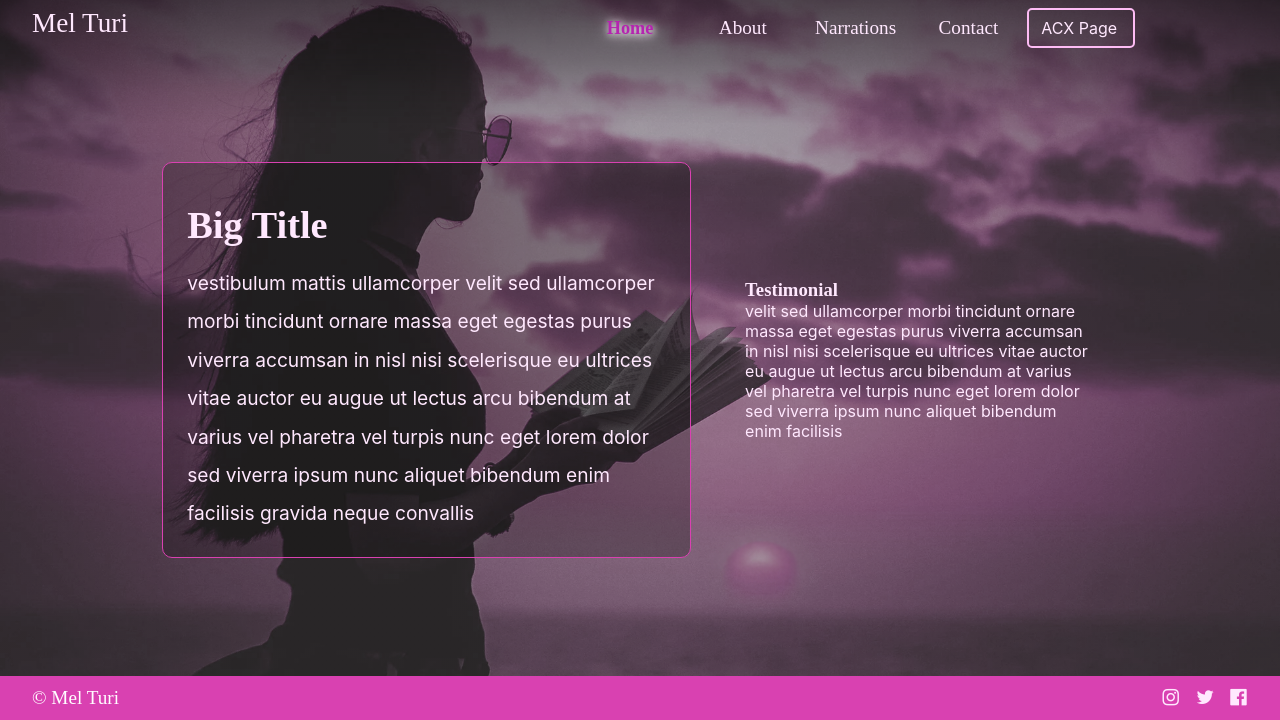
Repository: mel-turi/mel-turi-website
Page: /
The author's editor kept a copy of each file at every save. The page is drawn from the files as they stood at one save, then again after the next save.
The browser window is 1280 px wide. The pictures show the whole page.
Some web fonts or font styles are not loaded; a fallback is used. The project was rebuilt for these pictures with package versions that can differ from the ones it lists, and the page was loaded fresh each time. Also part of the build but not shown: src/About.jsx, src/Narrations.jsx, src/Contact.jsx.

Above is the page before, as saved 2019-08-25 20:32:45.

### public/index.html
<!DOCTYPE html>
<html lang="en">
  <head>
    <meta charset="utf-8" />
    <link rel="apple-touch-icon" sizes="57x57" href="/apple-icon-57x57.png" />
    <link rel="apple-touch-icon" sizes="60x60" href="/apple-icon-60x60.png" />
    <link rel="apple-touch-icon" sizes="72x72" href="/apple-icon-72x72.png" />
    <link rel="apple-touch-icon" sizes="76x76" href="/apple-icon-76x76.png" />
    <link
      rel="apple-touch-icon"
      sizes="114x114"
      href="/apple-icon-114x114.png"
    />
    <link
      rel="apple-touch-icon"
      sizes="120x120"
      href="/apple-icon-120x120.png"
    />
    <link
      rel="apple-touch-icon"
      sizes="144x144"
      href="/apple-icon-144x144.png"
    />
    <link
      rel="apple-touch-icon"
      sizes="152x152"
      href="/apple-icon-152x152.png"
    />
    <link
      rel="apple-touch-icon"
      sizes="180x180"
      href="/apple-icon-180x180.png"
    />
    <link
      rel="icon"
      type="image/png"
      sizes="192x192"
      href="/android-icon-192x192.png"
    />
    <link rel="icon" type="image/png" sizes="32x32" href="/favicon-32x32.png" />
    <link rel="icon" type="image/png" sizes="96x96" href="/favicon-96x96.png" />
    <link rel="icon" type="image/png" sizes="16x16" href="/favicon-16x16.png" />
    <link rel="manifest" href="/manifest.json" />
    <meta name="msapplication-TileColor" content="#ffffff" />
    <meta name="msapplication-TileImage" content="/ms-icon-144x144.png" />
    <meta name="theme-color" content="#ffffff" />
    <meta name="viewport" content="width=device-width, initial-scale=1" />
    <meta name="description" content="Portfolio website for Mel Turi" />
    <link
      href="https://fonts.googleapis.com/css?family=Sail&display=swap"
      rel="stylesheet"
    />
    <link
      href="https://stackpath.bootstrapcdn.com/font-awesome/4.7.0/css/font-awesome.min.css"
      rel="stylesheet"
      integrity="sha384-wvfXpqpZZVQGK6TAh5PVlGOfQNHSoD2xbE+QkPxCAFlNEevoEH3Sl0sibVcOQVnN"
      crossorigin="anonymous"
    />
    <link rel="apple-touch-icon" href="logo192.png" />

    <link rel="manifest" href="%PUBLIC_URL%/manifest.json" />

    <title>Mel Turi | Audible Narrator</title>
  </head>
  <body>
    <noscript>You need to enable JavaScript to run this app.</noscript>
    <div id="root"></div>
  </body>
</html>

### src/index.css
:root {
  --light-primary-color: #ffe8fe;
  --light-secondary-color: #fffdff;
  --dark-primary-color: #d941b1;
  --dark-secondary-color: #b524b0;
  --title-font: 'Sail', cursive;
  --content-font: -apple-system, BlinkMacSystemFont, 'Segoe UI', 'Roboto',
    'Oxygen', 'Ubuntu', 'Cantarell', 'Fira Sans', 'Droid Sans', 'Helvetica Neue',
    sans-serif;
}
* {
  margin: 0;
  padding: 0;
}

body {
  text-decoration: none;
  text-decoration-color: none;
  margin: 0;
  padding: 0;
  font-family: var(--content-font);
  -webkit-font-smoothing: antialiased;
  -moz-osx-font-smoothing: grayscale;
}

h3,
h1 {
  font-family: var(--title-font);
}

body a {
  text-decoration: none;
  color: var(--light-primary-color);
  transition: 0.65s;
}

a:hover,
.active {
  font-weight: bold;
  font-size: 95%;
}

.active {
  color: var(--dark-secondary-color);
  text-shadow: 1px 1px 7px var(--light-secondary-color),
    1px 1px 15px var(--light-primary-color);
}

.wrapper {
  background: linear-gradient(rgba(20, 20, 20, 0.25), rgba(20, 20, 20, 0.25)),
    url(./assets/bg-main-1.png) no-repeat center center fixed;
  background-size: cover;
  z-index: 2;
  display: grid;
  grid-template-rows: 1fr 8fr 1fr;
  grid-template-columns: 1fr;
  align-items: space-between;
  min-height: 100vh;
  overflow: hidden;
}

/*
*
* Header
*
*/

.nav-wrapper {
  grid-column: 1 / span 1;
  grid-row: 1 / span 1;
  color: var(--light-primary-color);
  position: fixed;
  width: 100%;
  font-family: var(--title-font);
  height: 15vh;
  display: grid;
  grid-template-columns: 1fr 6fr;
  align-items: start;
  justify-content: space-between;
  margin: 0;
  padding: 0.5rem 0 0.5rem 0;
  background: linear-gradient(
    rgba(0, 0, 0, 0.45),
    rgba(0, 0, 0, 0.35),
    rgba(0, 0, 0, 0.25),
    rgba(0, 0, 0, 0.1),
    rgba(0, 0, 0, 0)
  );
}

.title {
  font-size: 1.7rem;
  padding-left: 2rem;
  justify-self: start;
}
.main-navigation {
  color: var(--light-primary-color);
  justify-self: end;
  padding-right: 2rem;
}
.main-navigation > ul {
  display: grid;
  grid-template-columns: 1fr 1fr 1fr 1fr 1fr 1fr;
  grid-column-gap: 0.3rem;
  justify-items: center;
  align-items: center;
  margin: 0;
  padding: 0;
  list-style-type: none;
  font-size: 1.2rem;
}

.button {
  font-family: var(--content-font);
  font-size: 1rem;
  border: 2px solid #fdbcf4;
  border-radius: 5px;
  padding: 0.5rem 0.75rem 0.5rem 0.75rem;
  width: 5rem;
}
/*
*
* Main
*
*/

.main-container {
  grid-column: 1 / span 1;
  grid-row: 2 / span 1;
  color: var(--light-primary-color);
  font-family: var(--content-font);
  font-size: 1.2rem;
  overflow: hidden;
  display: grid;
}

/* Start Home */
.home {
  display: grid;
  grid-template-columns: 1.25fr 5fr 3.75fr 1.25fr;
  grid-template-rows: 2fr;
  grid-gap: 30px;
}

.about {
  display: grid;
  grid-template-columns: 1.25fr 5fr 3.75fr 1.25fr;
  grid-template-rows: 2fr;
  grid-gap: 30px;
}
.card-1 {
  grid-column: 2 / span 1;
  grid-row: 1 / span 1;
  display: flex;
  flex-direction: column;
  justify-content: space-around;
  overflow: hidden;
}
.card-2 {
  grid-column: 3 / span 1;
  grid-row: 1 / span 1;
  display: flex;
  flex-direction: column;
  justify-content: space-around;
  overflow: hidden;
}

.card1-contents {
  align-self: center;
  overflow: hidden;
  border-radius: 10px;
  border: var(--dark-primary-color) solid 1px;
  padding: 1.5rem;
  background: rgba(0, 0, 0, 0.25);
  font-size: 1.2rem;
  line-height: 2;
}
.card2-contents {
  overflow: hidden;
  border-radius: 10px;
  padding: 1.5rem;
  font-size: 1rem;
}
/* End Home */

/* Start About */

/* End About */

/* Start Narrations */

/* End Narrations */

/* Start contact */

/* End contact */

/* Start Form Styling */
input[type='text'],
input[type='email'],
select,
textarea {
  width: 100%;
  padding: 12px;
  border: 1px solid var(--light-primary-color);
  border-radius: 4px;
  box-sizing: border-box;
  margin-top: 6px;
  margin-bottom: 16px;
  resize: vertical;
}
input[type='submit'] {
  background-color: var(--dark-primary-color);
  color: var(--light-primary-color);
  padding: 12px 20px;
  border: none;
  border-radius: 4px;
  cursor: pointer;
  width: 100%;
  font-size: 1.2rem;
}
input[type='submit']:hover {
  background-color: var(--dark-secondary-color);
}

/* End Form Styling */

/*
*
* Footer
*
*/

footer {
  grid-column: 1 / span 1;
  grid-row: 3 / span 1;
  bottom: 0;
  width: 100%;
  position: fixed;
  color: var(--light-secondary-color);
  font-family: var(--title-font);
  font-size: 1.2rem;
  height: 5vh;
  display: grid;
  grid-template-columns: 1fr 1fr;
  align-items: center;
  justify-content: space-between;
  margin: 0;
  padding-top: 0.25rem;
  padding-bottom: 0.25rem;
  background: var(--dark-primary-color);
}
.social-footer {
  justify-self: end;
  padding-right: 2rem;
}
.social-footer > ul {
  display: grid;
  grid-template-columns: 1fr 1fr 1fr;
  grid-column-gap: 1rem;
  margin: 0;
  padding: 0;
  list-style-type: none;
}

.copyright {
  justify-self: start;
  padding-left: 2rem;
}

/*

Media Queries

*/

@media (max-height: 550px), (max-width: 550px) {
  .wrapper {
    background: linear-gradient(rgba(20, 20, 20, 0.25), rgba(20, 20, 20, 0.25)),
      url(./assets/bg-mobile.png) no-repeat center center fixed;
    background-size: cover;
    z-index: 2;
    display: grid;
    grid-template-rows: 2fr 8fr 1fr;
    grid-template-columns: 1fr;
    align-items: space-between;
    min-height: 100vh;
    overflow: hidden;
  }

  .nav-wrapper {
    background: var(--dark-primary-color);
    opacity: 1;
    grid-template-columns: 1fr 1fr;
    align-items: center;
    justify-content: center;
  }
  .main-navigation ul {
    display: none;
  }
  .home-primary {
    display: flex;
    flex-direction: column;
  }
  .about-primary {
    grid-template-columns: 5fr;
    grid-template-rows: 3fr 2fr;
    padding: 2rem;
  }

  .about-secondary {
    grid-column: 1 / span 1;
    grid-row: 1 / span 1;
  }
  .about-me {
    grid-column: 1 / span 1;
  }
  .narrations-primary {
    grid-template-columns: 5fr;
    grid-template-rows: 3fr 2fr;
    padding: 2rem;
  }
  .book1 {
    grid-row: 1 / span 1;
    grid-column: 1 / span 1;
  }
  .narrations-secondary {
    grid-column: 1 / span 1;
  }
  .contact-primary {
    display: flex;
    flex-direction: column;
  }
}

### src/App.jsx
import React from 'react';
import Footer from './Footer';
import Header from './Header';
import Main from './Main';
import About from './About';
import Narrations from './Narrations';
import Contact from './Contact';

import { ContentProvider } from './PageContext';

import { BrowserRouter as Router, Switch, Route } from 'react-router-dom';

const App = () => {
  return (
    <Router>
      <div className='App'>
        <div className='wrapper'>
          <Header />
          <Switch>
            <ContentProvider>
              <Route path='/' exact render={props => <Main {...props} />} />
              <Route path='/about' render={props => <About {...props} />} />
              <Route
                path='/narrations'
                render={props => <Narrations {...props} />}
              />

              <Route path='/contact' render={props => <Contact {...props} />} />
            </ContentProvider>
          </Switch>
          <Footer />
        </div>
      </div>
    </Router>
  );
};

export default App;

### src/Footer.js
import React, { Component } from 'react';

export class Footer extends Component {
  render() {
    return (
      <footer className='footer'>
        <div className='copyright'>&copy; Mel Turi</div>
        <div className='social-footer'>
          <ul>
            <li>
              <a
                target='_blank'
                rel='noopener noreferrer'
                href='https://www.instagram.com/mel.turi'
              >
                <i className='fa fa-instagram'></i>
              </a>
            </li>
            <li>
              <a
                target='_blank'
                rel='noopener noreferrer'
                href='https://www.twitter.com/turimel'
              >
                <i className='fa fa-twitter'></i>
              </a>
            </li>

            <li>
              <a
                target='_blank'
                rel='noopener noreferrer'
                href='https://www.facebook.com/mel.turi.96'
              >
                <i className='fa fa-facebook-official'></i>
              </a>
            </li>
          </ul>
        </div>
      </footer>
    );
  }
}

export default Footer;

### src/Header.js
import React, { Component } from 'react';
import { NavLink } from 'react-router-dom';

export class Header extends Component {
  render() {
    return (
      <nav className='nav-wrapper'>
        <div className='title'>Mel Turi</div>
        <div className='main-navigation'>
          <ul>
            <li>
              <NavLink
                to={{
                  pathname: '/',
                  state: { page: 'home' }
                }}
                exact={true}
              >
                Home
              </NavLink>
            </li>
            <li>
              <NavLink
                to={{
                  pathname: '/about',
                  state: { page: 'about' }
                }}
              >
                About
              </NavLink>
            </li>
            <li>
              <NavLink to='/narrations'>Narrations</NavLink>
            </li>

            <li>
              <NavLink to='/contact'>Contact</NavLink>
            </li>
            <div className='button nav-button'>
              <li>
                <a
                  target='_blank'
                  rel='noopener noreferrer'
                  href='https://www.acx.com/narrator?p=AI0XTZMVU6YKG'
                >
                  ACX Page
                </a>
              </li>
            </div>
          </ul>
        </div>
      </nav>
    );
  }
}

export default Header;

### src/Main.jsx
import React, { useEffect, useContext } from 'react';
import Content from './Content';
import { PageContext } from './PageContext';

const Main = () => {
  // eslint-disable-next-line
  const [pageInfo, setPageInfo] = useContext(PageContext);
  useEffect(() => {
    setPageInfo({
      primaryContent: (
        <div className='card-1'>
          <div className='card1-contents'>
            <h1>Big Title</h1>
            <p>
              vestibulum mattis ullamcorper velit sed ullamcorper morbi
              tincidunt ornare massa eget egestas purus viverra accumsan in nisl
              nisi scelerisque eu ultrices vitae auctor eu augue ut lectus arcu
              bibendum at varius vel pharetra vel turpis nunc eget lorem dolor
              sed viverra ipsum nunc aliquet bibendum enim facilisis gravida
              neque convallis
            </p>
          </div>
        </div>
      ),
      secondaryContent: (
        <div className='card-2'>
          <div className='card2-contents'>
            <h3>Testimonial</h3>
            <p>
              velit sed ullamcorper morbi tincidunt ornare massa eget egestas
              purus viverra accumsan in nisl nisi scelerisque eu ultrices vitae
              auctor eu augue ut lectus arcu bibendum at varius vel pharetra vel
              turpis nunc eget lorem dolor sed viverra ipsum nunc aliquet
              bibendum enim facilisis
            </p>
          </div>
        </div>
      ),
      pageTitle: 'home'
    });

    // eslint-disable-next-line
  }, []);

  return <Content />;
};

export default Main;

### src/PageContext.jsx
import React, { useState, createContext } from 'react';

export const PageContext = createContext();

export const ContentProvider = props => {
  const [pageInfo, setPageInfo] = useState({
    primaryContent: '',
    secondaryContent: '',
    pageTitle: ''
  });
  return (
    <PageContext.Provider value={[pageInfo, setPageInfo]}>
      {props.children}
    </PageContext.Provider>
  );
};

### src/Content.jsx
import React, { useContext } from 'react';
import { PageContext } from './PageContext';

const Content = () => {
  const [pageInfo] = useContext(PageContext);

  return (
    <main className='main-container'>
      <div className={pageInfo.pageTitle}>
        {pageInfo.primaryContent}
        {pageInfo.secondaryContent}
      </div>
    </main>
  );
};

export default Content;

Loaded but not shown: src/index.js (common file)

After the next save:
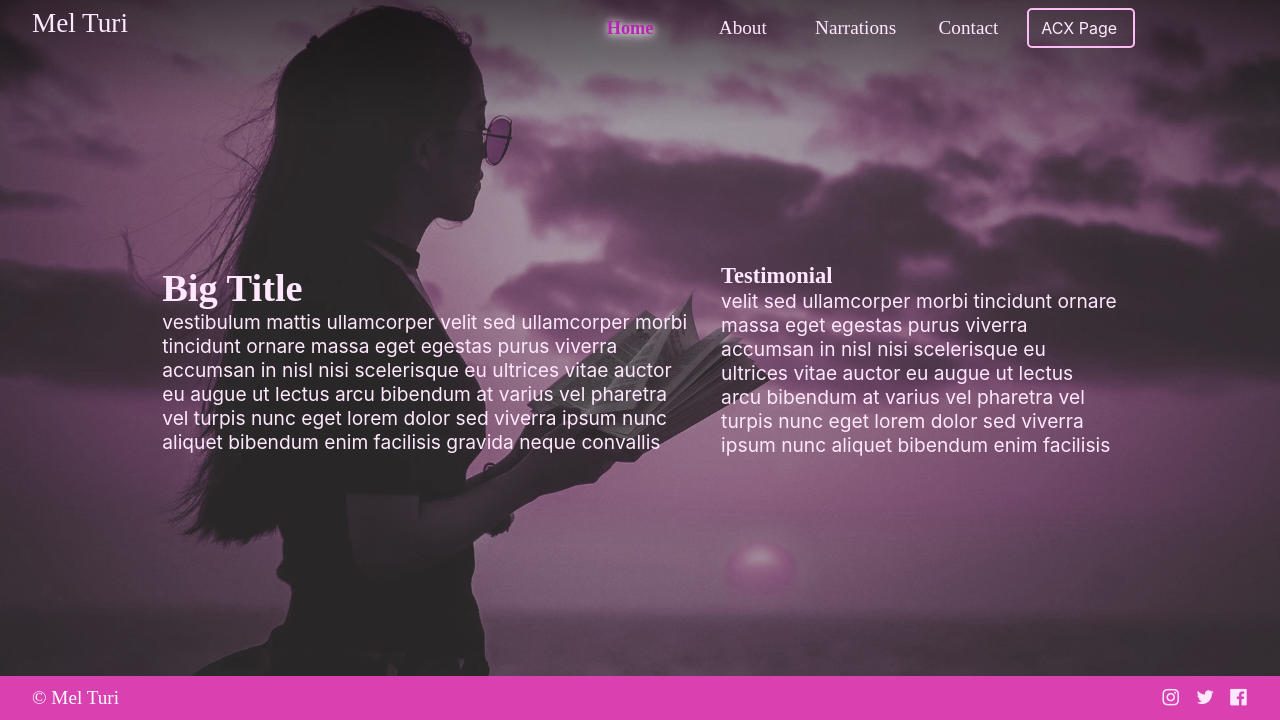
Saved 23 s later.
--- a/src/Main.jsx
+++ b/src/Main.jsx
@@ -9,7 +9,7 @@ const Main = () => {
     setPageInfo({
       primaryContent: (
         <div className='card-1'>
-          <div className='card1-contents'>
+          <div className='home1-contents'>
             <h1>Big Title</h1>
             <p>
               vestibulum mattis ullamcorper velit sed ullamcorper morbi
@@ -24,7 +24,7 @@ const Main = () => {
       ),
       secondaryContent: (
         <div className='card-2'>
-          <div className='card2-contents'>
+          <div className='home2-contents'>
             <h3>Testimonial</h3>
             <p>
               velit sed ullamcorper morbi tincidunt ornare massa eget egestas

After the save that followed:
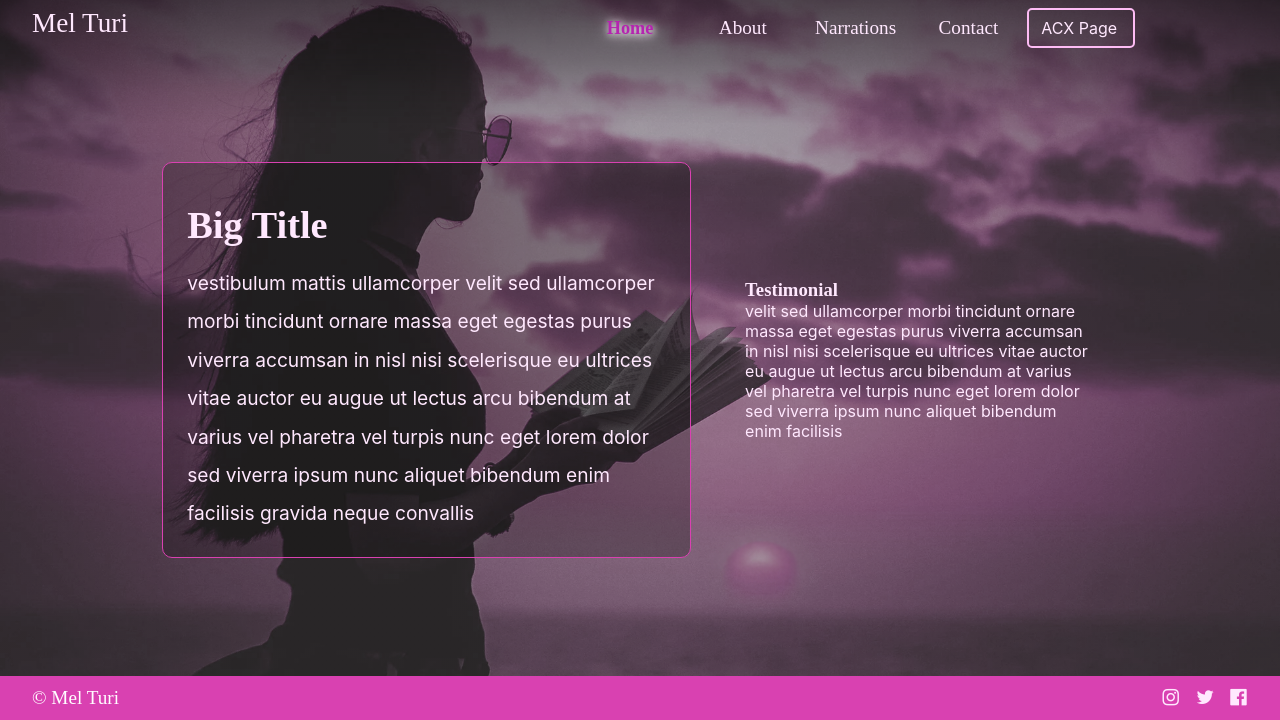
Saved 23 s later.
--- a/src/index.css
+++ b/src/index.css
@@ -165,7 +165,7 @@ a:hover,
   overflow: hidden;
 }
 
-.card1-contents {
+.home1-contents {
   align-self: center;
   overflow: hidden;
   border-radius: 10px;
@@ -175,7 +175,7 @@ a:hover,
   font-size: 1.2rem;
   line-height: 2;
 }
-.card2-contents {
+.home2-contents {
   overflow: hidden;
   border-radius: 10px;
   padding: 1.5rem;
